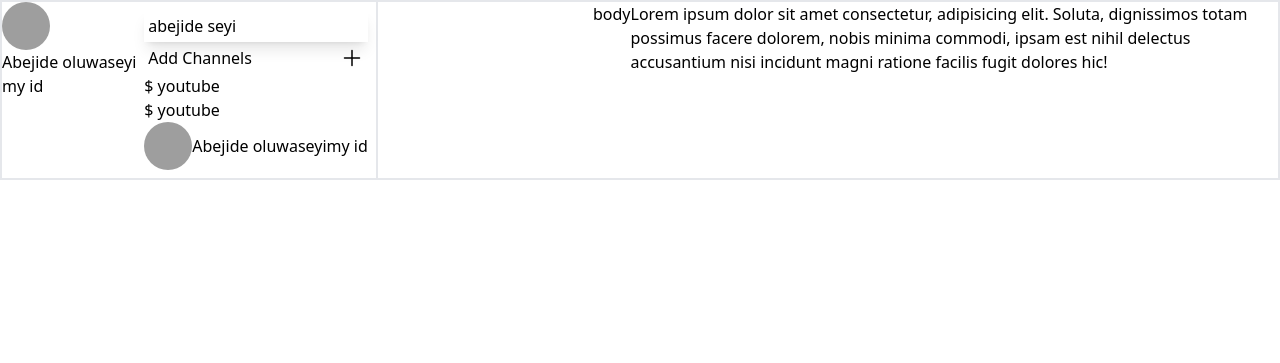
Repository: Semanmernstack/chat-mini
Page: /
An editor plug-in stored every save of this project. The page is shown before and after the next save, followed by the edit.
The browser window is 1280 px wide. The pictures show the whole page.
Pictures or frames that could not be fetched are drawn as grey boxes. The project was rebuilt for these pictures with package versions that can differ from the ones it lists, and the page was loaded fresh each time. Also part of the build but not shown: src/features/counter/Counter.module.css, src/features/counter/Counter.js.

Above is the page before, as saved 2022-11-14 06:19:21.

After the next save:
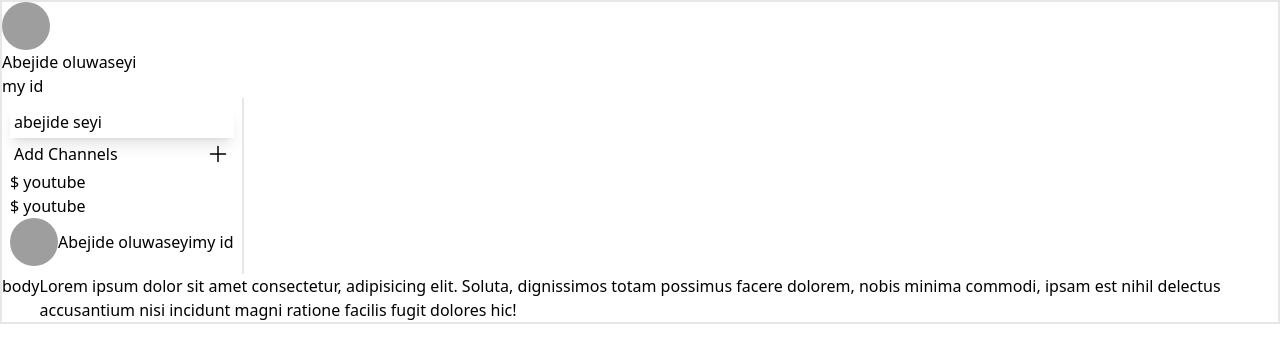
Saved 73 s later.
--- a/src/App.js
+++ b/src/App.js
@@ -7,9 +7,9 @@ import Body from './Body';
 
 function App() {
   return (
-    <div className="flex flex-1   max-w-screen-xl mx-auto border-2">
+    <div className="flex flex-col flex-1   max-w-screen-xl mx-auto border-2">
 
-      <div className=" items-center sp">
+       <div className=" items-center sp">
             <img className="h-12 w-12 rounded-full"   src="https://cdn.pixabay.com/photo/2022/10/17/15/55/meditate-7528123__340.jpg" alt="img" />
             <h3>Abejide oluwaseyi</h3>
             <span>my id</span>
